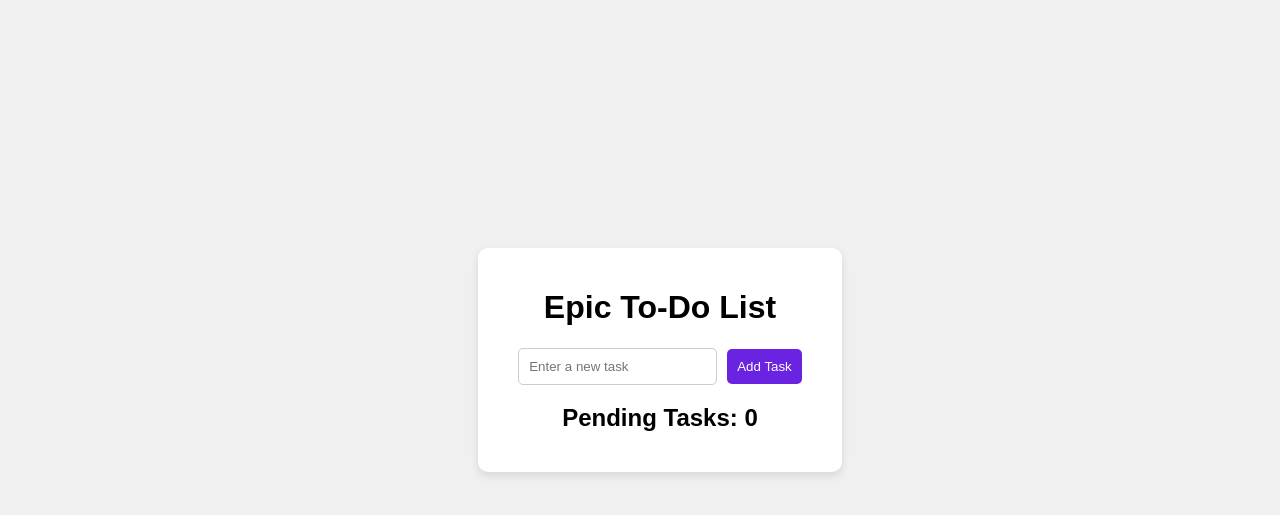
Repository: jgache/COMP-3170-0-Lab4
Page: /
An editor plug-in stored every save of this project. The page is shown before and after the next save, followed by the edit.
The browser window is 1280 px wide. The pictures show the whole page.
The project was rebuilt for these pictures with package versions that can differ from the ones it lists, and the page was loaded fresh each time. Also part of the build but not shown: vite.config.js, src/components/Task.jsx.

Above is the page before, as saved 2024-10-22 16:01:07.

### index.html
<!doctype html>
<html lang="en">
  <head>
    <meta charset="UTF-8" />
    <link rel="icon" type="image/svg+xml" href="/vite.svg" />
    <meta name="viewport" content="width=device-width, initial-scale=1.0" />
    <title>Epic To-Do List</title>
  </head>
  <body>
    <div id="root"></div>
    <script type="module" src="/src/main.jsx"></script>
  </body>
</html>

### src/App.jsx
import { useState } from 'react';
import TaskForm from './components/TaskForm.jsx';
import TaskList from './components/TaskList.jsx';
import './index.css';

function App() {
    const [tasks, setTasks] = useState([]);

    const addTask = (description) => {
        const newTask = { id: Date.now(), description, completed: false };
        setTasks((prevTasks) => [...prevTasks, newTask]);
    };

    const toggleComplete = (taskId) => {
        setTasks((prevTasks) =>
            prevTasks.map((task) =>
                task.id === taskId ? { ...task, completed: !task.completed } : task
            )
        );
    };

    const deleteTask = (taskId) => {
        setTasks((prevTasks) => prevTasks.filter((task) => task.id !== taskId));
    };

    const pendingTasks = tasks.filter((task) => !task.completed).length;

    return (

        <>
        <div className="app-container">
        <h1>Epic To-Do List</h1>

            <TaskForm addTask={addTask} />
            <h2>
                {pendingTasks === 1
                    ? `Pending Task: ${pendingTasks}`
                    : `Pending Tasks: ${pendingTasks}`}
            </h2>
            <TaskList tasks={tasks} toggleComplete={toggleComplete} deleteTask={deleteTask} />
        </div>
        </>

    );
}

export default App;

### src/index.css



body {
    margin: 0;
    height: 100vh;
    display: flex;
    justify-content: center;
    align-items: center;
    font-family: Arial, sans-serif;
    background-color: #f0f0f0;
}

.app-container {
    text-align: center;
    padding: 20px;
    background-color: white;
    border-radius: 10px;
    box-shadow: 0 4px 8px rgba(0, 0, 0, 0.1);
    max-width: 400px;
    width: 100%;
}

form input {
    padding: 10px;
    margin-right: 10px;
    border: 1px solid #ccc;
    border-radius: 5px;
}

form button {
    padding: 10px;
    border: none;
    background-color: #6923e1;
    color: white;
    border-radius: 5px;
    cursor: pointer;
}

form button:hover {
    background-color: #8600b3;
}

.task {
    margin: 10px 0;
    padding: 10px;
    background-color: #f9f9f9;
    border-radius: 5px;
    display: flex;
    justify-content: space-between;
    align-items: center;
    box-shadow: 0 2px 4px rgba(0, 0, 0, 0.1);
}

.task input {
    margin-right: 10px;
}

.task button {
    text-decoration: none;
    padding: 5px 10px;
    border: none;
    background-color: red;
    color: white;
    border-radius: 5px;
    cursor: pointer;
}

.task button:hover {
    background-color: darkred;
}

### src/components/TaskForm.jsx
import { useState } from 'react';


function TaskForm({ addTask }) {
    const [taskDescription, setTaskDescription] = useState('');

    const handleSubmit = (e) => {
        e.preventDefault();
        if (taskDescription.trim() === '') return;
        addTask(taskDescription);
        setTaskDescription('');
    };

    return (
        <form onSubmit={handleSubmit}>
            <input
                type="text"
                value={taskDescription}
                onChange={(e) => setTaskDescription(e.target.value)}
                placeholder="Enter a new task"
            />
            <button type="submit">Add Task</button>
        </form>
    );
}

export default TaskForm;

### src/components/TaskList.jsx
import Task from "./Task";

function TaskList({ tasks, toggleComplete, deleteTask }) {
    return (
        <div className="task-list">
            {tasks.map((task) => (
                <Task
                    key={task.id}
                    task={task}
                    toggleComplete={toggleComplete}
                    deleteTask={deleteTask}
                />
            ))}
        </div>
    );
}

export default TaskList;

Loaded but not shown: src/main.jsx (common file)

After the next save:
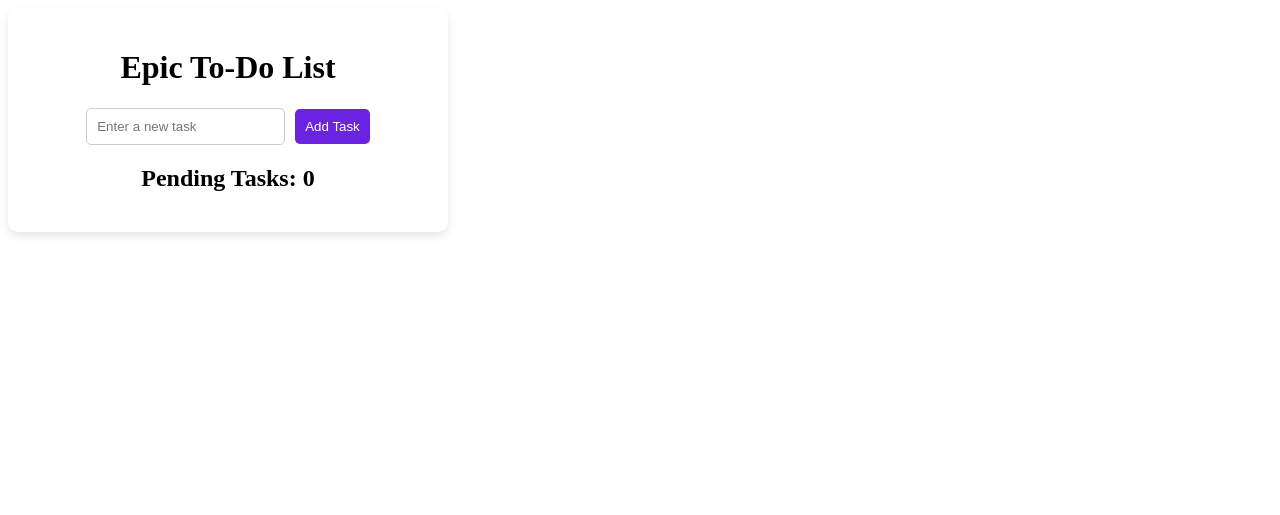
Saved 47 s later.
--- a/src/index.css
+++ b/src/index.css
@@ -2,14 +2,7 @@
 
 
 body {
-    margin: 0;
-    height: 100vh;
-    display: flex;
-    justify-content: center;
-    align-items: center;
-    font-family: Arial, sans-serif;
-    background-color: #f0f0f0;
-}
+
 
 .app-container {
     text-align: center;

After the 2 saves that followed:
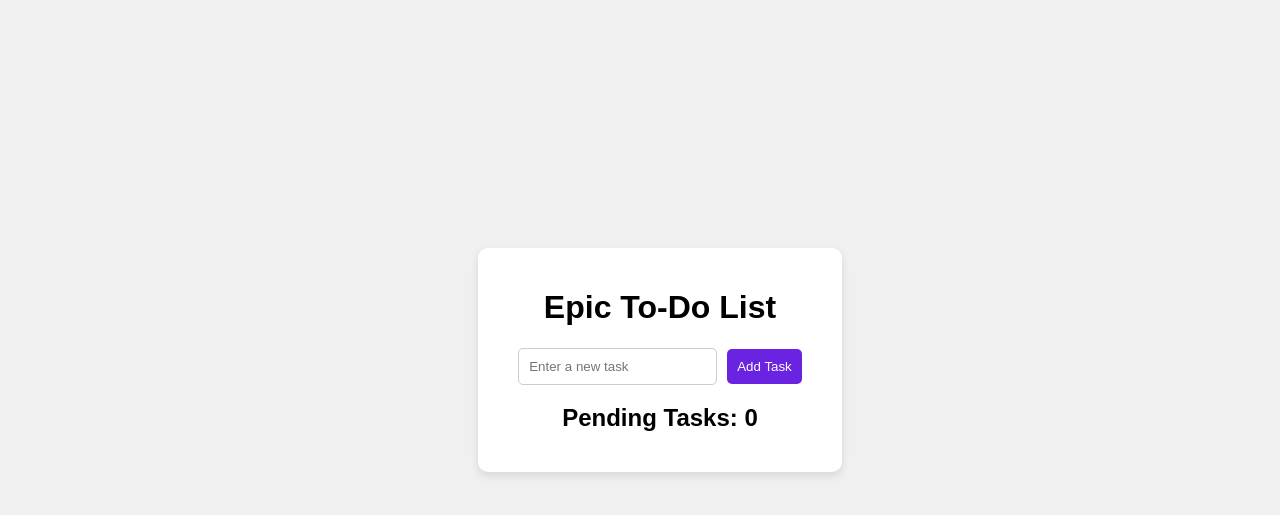
The 2 saves are shown as one change because 1 left the picture as it was.
The last was saved 8 s later.
--- a/src/index.css
+++ b/src/index.css
@@ -2,7 +2,14 @@
 
 
 body {
-
+    margin: 0;
+    height: 100vh;
+    display: flex;
+    justify-content: center;
+    align-items: center;
+    font-family: Arial, sans-serif;
+    background-color: #f0f0f0;
+}
 
 .app-container {
     text-align: center;
